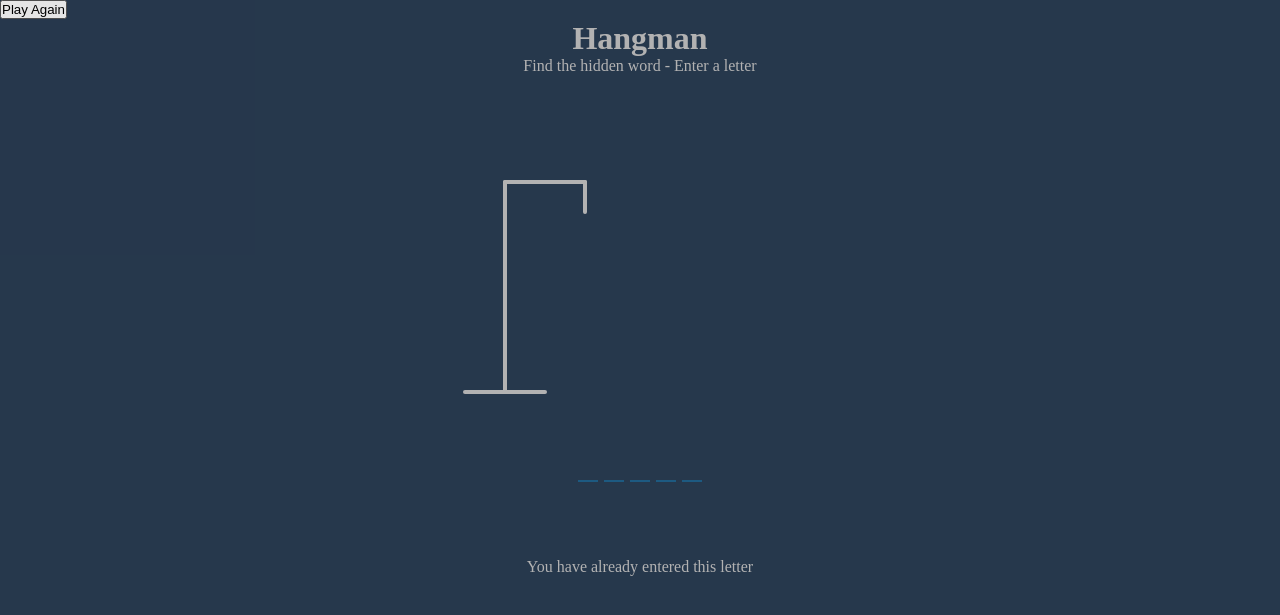
Repository: CAMPSLOPY/HangMan
Page: index.html
The author's editor kept a copy of each file at every save. The page is drawn from the files as they stood at one save, then again after the next save.
The browser window is 1280 px wide. The pictures show the whole page.
Some web fonts or font styles are not loaded; a fallback is used.

Above is the page before, as saved 2021-01-26 15:38:37.

### index.html
<!DOCTYPE html>
<html lang="en">
  <head>
    <meta charset="UTF-8" />
    <meta name="viewport" content="width=device-width, initial-scale=1.0" />
    <meta http-equiv="X-UA-Compatible" content="ie=edge" />
    <meta
      name="description"
      content="This is a  puzzle Game that is created with Vanilla JS.
      The game is centered around the use of letters to save a man from dying"
    />
    <meta name="robots" content="index,follow" />
    <link rel="icon" href="/video-game-gamepad.svg" />
    <link rel="stylesheet" href="/styles.css" />
    <title>HangMan</title>
  </head>
  <body>
    <h1>Hangman</h1>
    <p>Find the hidden word - Enter a letter</p>
    <div class="game-container">
      <svg height="250" width="200" class="figure-container">
        <!-- Rod -->
        <line x1="60" y1="20" x2="140" y2="20" />
        <line x1="140" y1="20" x2="140" y2="50" />
        <line x1="60" y1="20" x2="60" y2="230" />
        <line x1="20" y1="230" x2="100" y2="230" />

        <!-- Head -->
        <circle cx="140" cy="70" r="20" class="figure-part" />
        <!-- Body -->
        <line x1="140" y1="90" x2="140" y2="150" class="figure-part" />
        <!-- Arms -->
        <line x1="140" y1="120" x2="120" y2="100" class="figure-part" />
        <line x1="140" y1="120" x2="160" y2="100" class="figure-part" />
        <!-- Legs -->
        <line x1="140" y1="150" x2="120" y2="180" class="figure-part" />
        <line x1="140" y1="150" x2="160" y2="180" class="figure-part" />
      </svg>

      <div class="wrong-letters-container">
        <div id="wrong-letters"></div>
      </div>

      <div class="word" id="word">
        <div class="letter"></div>
        <div class="letter"></div>
        <div class="letter"></div>
        <div class="letter"></div>
        <div class="letter"></div>
      </div>
    </div>

    <!-- Container for final message -->
    <div class="popup-container" id="popup-container">
      <div class="popup">
        <h2 id="final-message"></h2>
        <button id="play-button">Play Again</button>
      </div>
    </div>

    <!-- Notification -->
    <div class="notification-container" id="notification-container">
      <p>You have already entered this letter</p>
    </div>
    <script src="/app.js"></script>
  </body>
</html>

### styles.css
@import url("https://fonts.googleapis.com/css2?family=Hachi+Maru+Pop&display=swap");
* {
  margin: 0;
  padding: 0;
  box-sizing: border-box;
}
body {
  background-color: hsl(212, 33%, 32%);
  color: #fff;
  display: flex;
  flex-direction: column;
  align-items: center;
  min-height: 80vh;
  overflow: hidden;
  margin: 0;
  font-family: "Hachi Maru Pop", cursive;
}
h1 {
  padding: 20px 0 0;
}
.game-container {
  padding: 20px 30px;
  position: relative;
  margin: auto;
  height: 350px;
  width: 450px;
}
.figure-container {
  fill: transparent;
  stroke-width: 4px;
  stroke: #fff;
  stroke-linecap: round;
}
.figure-part {
  display: none;
}

.wrong-letters-container {
  position: absolute;
  top: 20px;
  right: 20px;
  display: flex;
  flex-direction: column;
  text-align: right;
}
.wrong-letters-container p {
  margin: 0 0 5px;
}
.wrong-letters-container span {
  font-size: 24px;
}

.word {
  display: flex;
  position: absolute;
  bottom: 10px;
  left: 50%;
  transform: translateX(-50%);
}

.letter {
  border-bottom: 2px solid #2980b9;
  display: inline-flex;
  font-size: 30px;
  align-items: center;
  justify-content: center;
  margin: 0 3px;
  height: 50px;
  width: 20px;
}
.popup-container {
  background-color: rgba(0, 0, 0, 0.3);
  position: fixed;
  top: 0;
  left: 0;
  right: 0;
  bottom: 0;
  display: flex;
  /* display: none; */
}

Loaded but not shown: app.js (no copy from this time; the picture is the same without it)

After the next save:
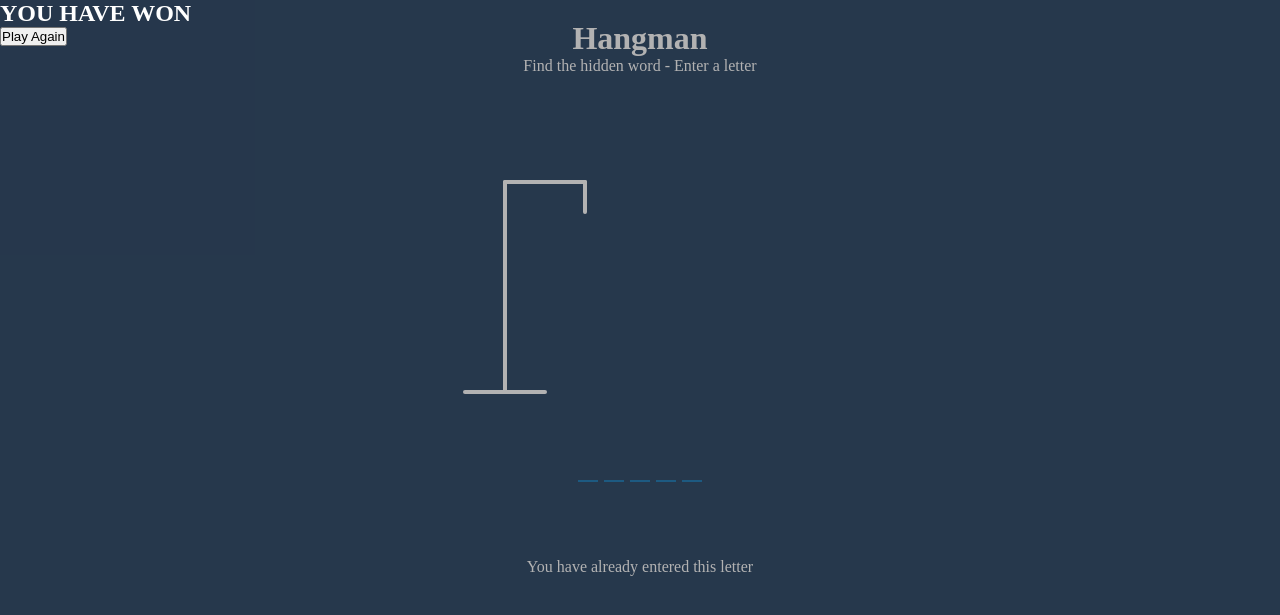
Saved 22 s later.
--- a/index.html
+++ b/index.html
@@ -53,7 +53,7 @@
     <!-- Container for final message -->
     <div class="popup-container" id="popup-container">
       <div class="popup">
-        <h2 id="final-message"></h2>
+        <h2 id="final-message">YOU HAVE WON</h2>
         <button id="play-button">Play Again</button>
       </div>
     </div>
